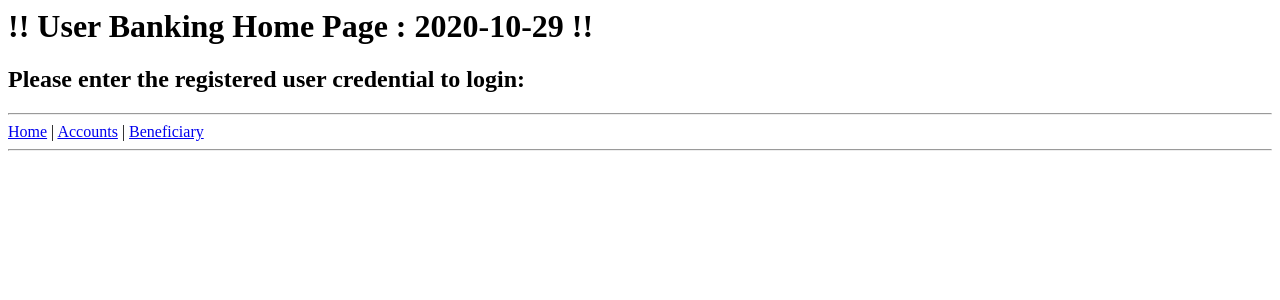
Repository: anik84/ibs
Page: http://localhost/IBS/user_home.jsp
The author's editor kept a copy of each file at every save. The page is drawn from the files as they stood at one save, then again after the next save.
The browser window is 1280 px wide. The pictures show the whole page.
The page is served by Tomcat 9. Other server files are loaded and not shown.

Above is the page before, as saved 2020-10-29 07:25:16.

### IBS_JSPs/IBS/WebContent/user_home.jsp
<%@page import="java.time.LocalDate"%>
<html>
	<head>
		<title>user home page</title>
	</head>
	<body>
		<h1>!! User Banking Home Page : <%=LocalDate.now() %> !!</h1>
		<h2>Please enter the registered user credential to login:</h2>
		<jsp:include page="user_home_menu.jsp"/>
	</body>
</html>

### IBS_JSPs/IBS/WebContent/user_home_menu.jsp
<nav>
	<hr />
	 <a href="user_home.jsp">Home</a>
	 <span> | </span>
	 <a href="user_accounts.jsp">Accounts</a>
	 <span> | </span>
	 <a href="user_benificiary.jsp">Beneficiary</a>
	<hr />
</nav>

After the next save:
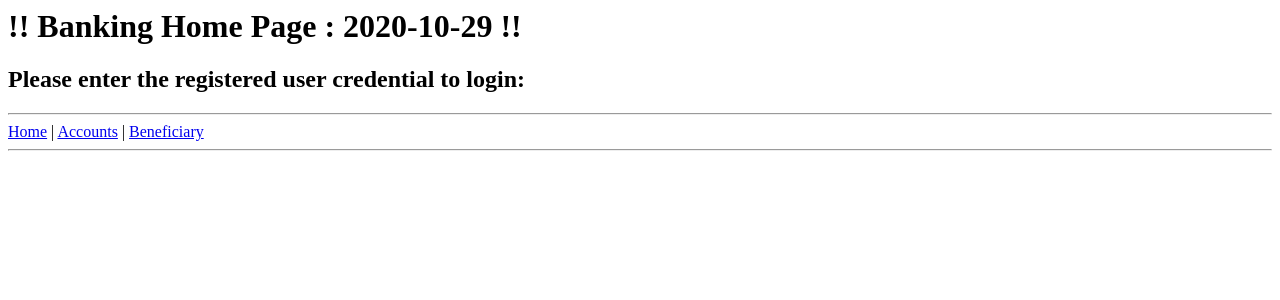
Saved 18 s later.
--- a/IBS_JSPs/IBS/WebContent/user_home.jsp
+++ b/IBS_JSPs/IBS/WebContent/user_home.jsp
@@ -4,7 +4,7 @@
 		<title>user home page</title>
 	</head>
 	<body>
-		<h1>!! User Banking Home Page : <%=LocalDate.now() %> !!</h1>
+		<h1>!! Banking Home Page : <%=LocalDate.now() %> !!</h1>
 		<h2>Please enter the registered user credential to login:</h2>
 		<jsp:include page="user_home_menu.jsp"/>
 	</body>
